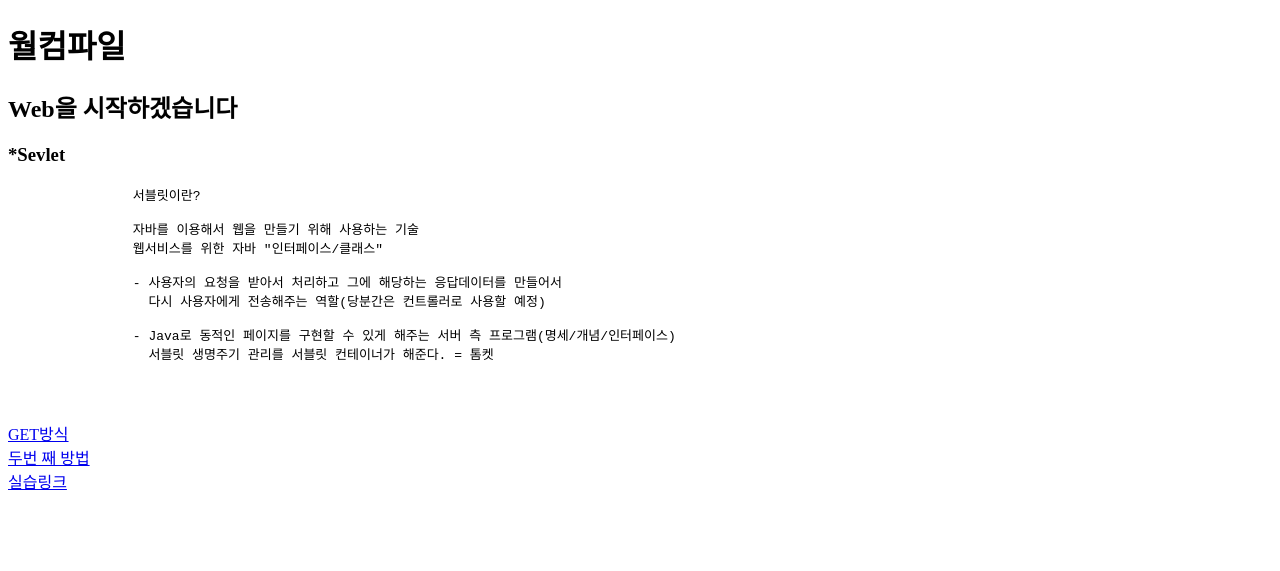
Repository: ham-zi/front-practice
Page: dynamic-workspace/MyFirstWebProject/src/main/webapp/index.html
An editor plug-in stored every save of this project. The page is shown before and after the next save, followed by the edit.
The browser window is 1280 px wide. The pictures show the whole page.

Above is the page before, as saved 2026-05-04 08:43:50.

After the next save:
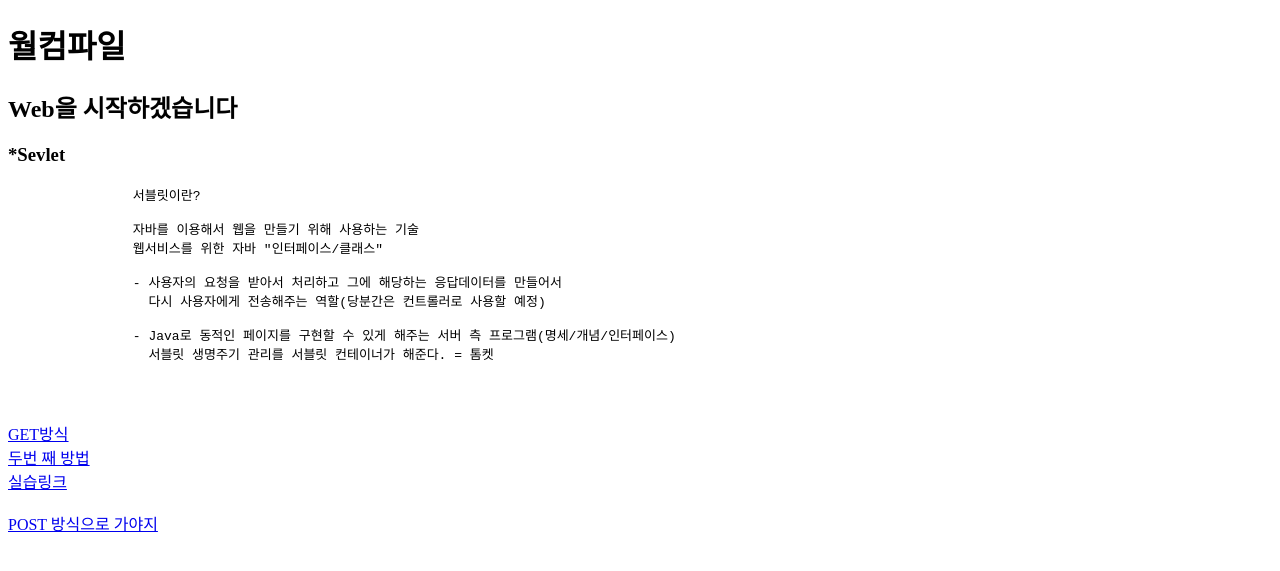
Saved 39 h 33 min later.
--- a/dynamic-workspace/MyFirstWebProject/src/main/webapp/index.html
+++ b/dynamic-workspace/MyFirstWebProject/src/main/webapp/index.html
@@ -77,7 +77,10 @@
 	<a href="http://localhost:8088/first/views/request_get.html">GET방식</a> <br>
 	<a href="views/request_get.html">두번 째 방법</a> <br>
 
-	<a href="http://localhost:8088/first/views/request_get2.html">실습링크</a>
+	<a href="http://localhost:8088/first/views/request_get2.html">실습링크</a><br>
+
+	<br>
+	<a href="http://localhost:8088/first/views/request_post.html"> POST 방식으로 가야지 </a>
 	<!-- 두가지 요청 방법이 있음
 		1. (절대경로) http://localhost:8088/first/views/request_get.html
 		2. (상대경로) views/request_get.html
